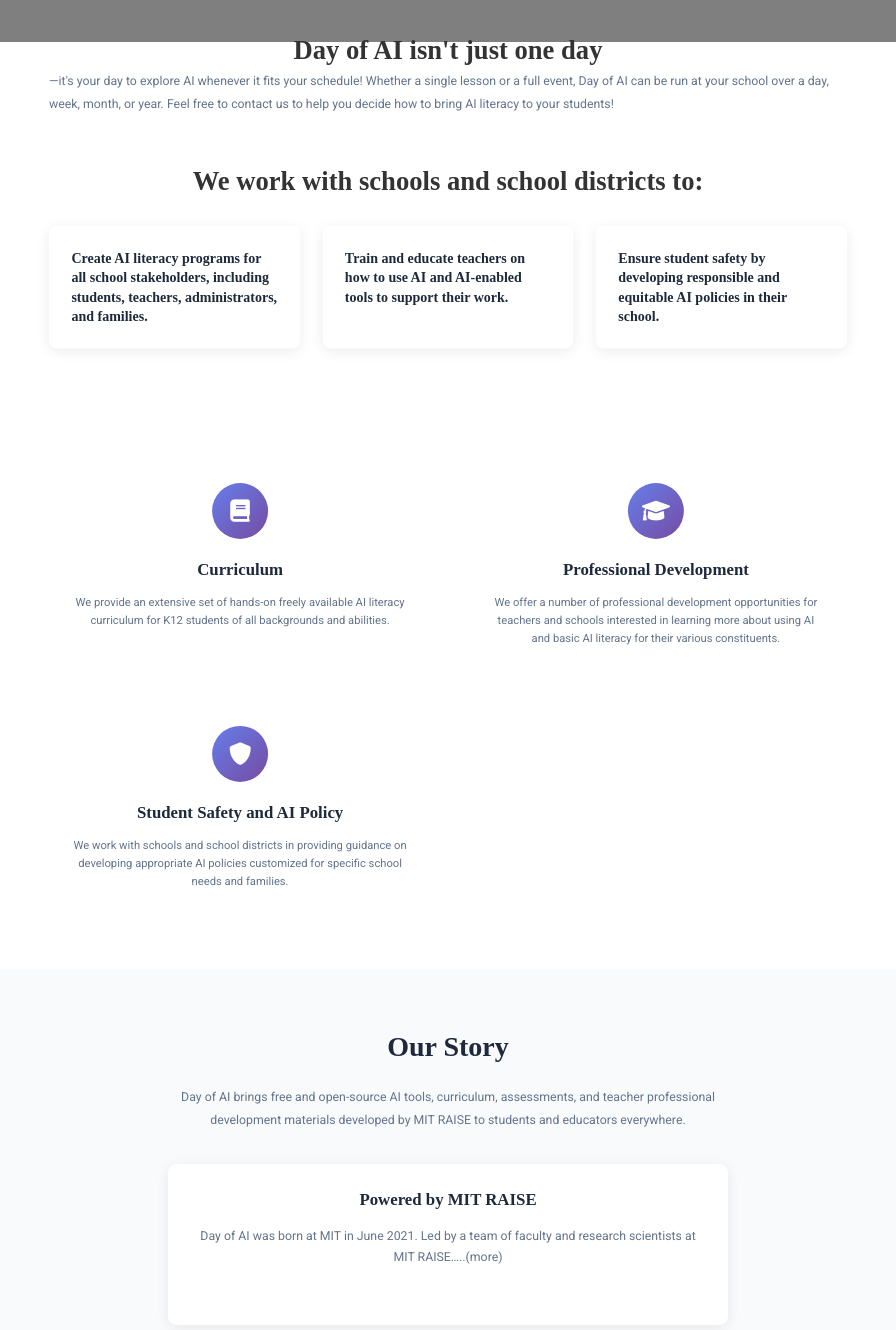
Repository: dinhtri123/dayofai
Page: index.html
The author's editor kept a copy of each file at every save. The page is drawn from the files as they stood at one save, then again after the next save.
The browser window is 1280 px wide. The pictures show the part of the page from y = 660 to 2560 px (the page is 3712 px tall), at 70% of full size.
A picture or video elsewhere on the page could not be fetched, so the positions and the page height are approximate. Some web fonts or font styles are not loaded; a fallback is used.

Above is the page before, as saved 2025-06-29 08:42:51.

After the next save:
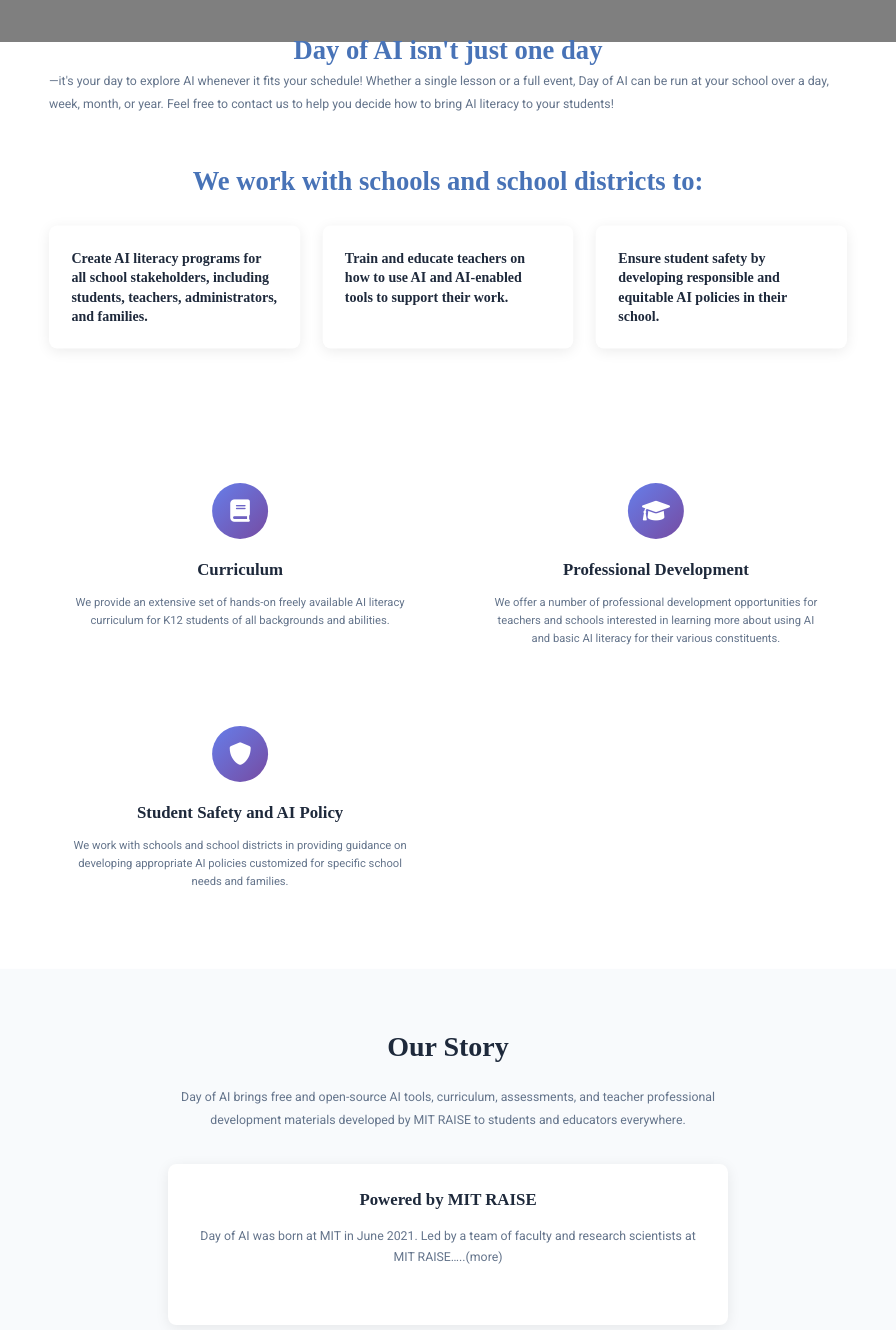
Saved 4 s later.
--- a/styles.css
+++ b/styles.css
@@ -287,6 +287,7 @@
 .content-item h2 {
   font-size: 38px;
   text-align: center;
+  color: var(--color-primary);
 }
 
 .content-item p {
